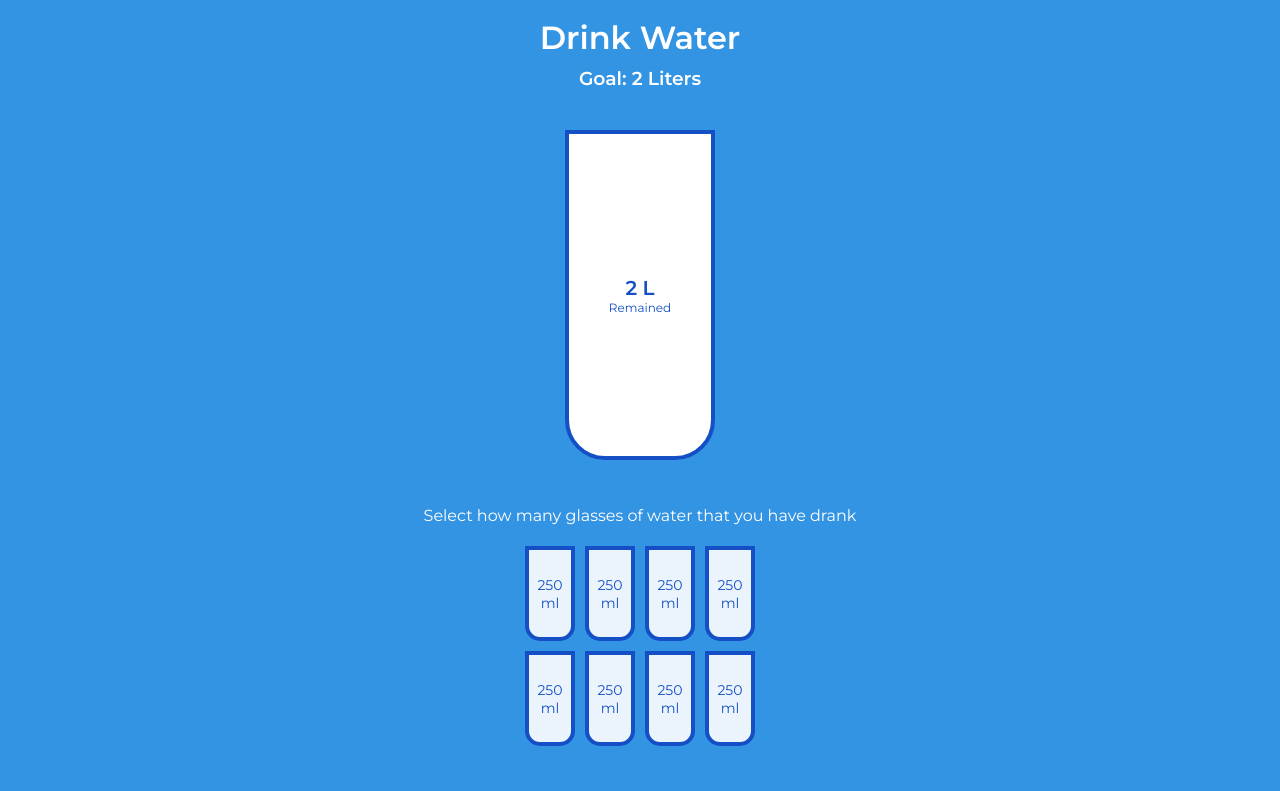
Repository: eagle-tex/50-projects-BT
Page: 16-drink-water/index.html
These files come from the project's save history. The page is drawn as it stood at one moment and after the next save; the edit follows.
The browser window is 1280 px wide. The pictures show the whole page.
After loading, the first visible `div.cup-small` was clicked once.

Above is the page before, as saved 2021-01-12 00:40:00.

### 16-drink-water/index.html
<!DOCTYPE html>
<html lang="en">

<head>
  <meta charset="UTF-8" />
  <meta name="viewport" content="width=device-width, initial-scale=1.0" />
  <link rel="stylesheet" href="style.css" />
  <title>Drink Water</title>
</head>

<body>
  <h1>Drink Water</h1>
  <h3>Goal: 2 Liters</h3>

  <div class="cup">
    <div class="remained" id="remained">
      <span id="liters"></span>
      <small>Remained</small>
    </div>

    <div class="percentage" id="percentage">
    </div>
  </div>

  <p id="text">Select how many glasses of water that you have drank</p>

  <div class="cups">
    <div class="cup cup-small">250 ml</div>
    <div class="cup cup-small">250 ml</div>
    <div class="cup cup-small">250 ml</div>
    <div class="cup cup-small">250 ml</div>
    <div class="cup cup-small">250 ml</div>
    <div class="cup cup-small">250 ml</div>
    <div class="cup cup-small">250 ml</div>
    <div class="cup cup-small">250 ml</div>
  </div>

  <script src="script.js"></script>
</body>

</html>

### 16-drink-water/style.css
@import url('https://fonts.googleapis.com/css?family=Montserrat:wght@400;600&display=swap');

:root {
  --border-color: #144fc6;
  --fill-color: #6ab3f8;
}
* {
  box-sizing: border-box;
}

body {
  background-color: #3494e4;
  color: #fff;
  font-family: 'Montserrat', sans-serif;
  display: flex;
  flex-direction: column;
  align-items: center;
  justify-content: center;
  margin-bottom: 40px;
}

h1 {
  margin: 10px 0 0;
}

h3 {
  font: weight 400;
  margin: 10px 0;
}

.cup {
  background-color: #fff;
  border: 4px solid var(--border-color);
  color: var(--border-color);
  border-radius: 0 0 40px 40px;
  -webkit-border-radius: 0 0 40px 40px;
  -moz-border-radius: 0 0 40px 40px;
  -ms-border-radius: 0 0 40px 40px;
  -o-border-radius: 0 0 40px 40px;
  height: 330px;
  width: 150px;
  margin: 30px 0;
  display: flex;
  flex-direction: column;
  overflow: hidden;
}

.cup.cup-small {
  height: 95px;
  width: 50px;
  border-radius: 0 0 15px 15px;
  -webkit-border-radius: 0 0 15px 15px;
  -moz-border-radius: 0 0 15px 15px;
  -ms-border-radius: 0 0 15px 15px;
  -o-border-radius: 0 0 15px 15px;
  background-color: rgba(255, 255, 255, 0.9);
  cursor: pointer;
  font-size: 14px;
  align-items: center;
  justify-content: center;
  text-align: center;
  margin: 5px;
  transition: 0.3s ease;
  -webkit-transition: 0.3s ease;
  -moz-transition: 0.3s ease;
  -ms-transition: 0.3s ease;
  -o-transition: 0.3s ease;
}

.cup.cup-small.full {
  background-color: var(--fill-color);
  color: #fff;
}

.cups {
  display: flex;
  flex-wrap: wrap;
  align-items: center;
  justify-content: center;
  width: 280px;
}

.remained {
  display: flex;
  flex-direction: column;
  align-items: center;
  justify-content: center;
  text-align: center;
  flex: 1;
  transition: 0.5s ease;
  -webkit-transition: 0.5s ease;
  -moz-transition: 0.5s ease;
  -ms-transition: 0.5s ease;
  -o-transition: 0.5s ease;
}

.remained span {
  font-size: 20px;
  font-weight: bold;
}

.remained small {
  font-size: 12px;
}

.percentage {
  background-color: var(--fill-color);
  display: flex;
  align-items: center;
  justify-content: center;
  font-weight: bold;
  font-size: 30px;
  height: 0;
  transition: 0.5s ease;
  -webkit-transition: 0.5s ease;
  -moz-transition: 0.5s ease;
  -ms-transition: 0.5s ease;
  -o-transition: 0.5s ease;
}

.text {
  text-align: center;
  margin: 0 0 5px;
}

### 16-drink-water/script.js
const smallCups = document.querySelectorAll('.cup-small');
const liters = document.getElementById('liters');
const percentage = document.getElementById('percentage');
const remained = document.getElementById('remained');

function updateBigCup() {
  const fullCups = document.querySelectorAll('.cup-small.full').length;
  const totalCups = smallCups.length;

  if (fullCups === 0) {
    percentage.style.visibility = 'hidden';
    percentage.style.height = 0;
  } else {
    percentage.style.visibility = 'visible';
    percentage.style.height = `${(fullCups / totalCups) * 330}px`;
    percentage.innerText = `${(fullCups / totalCups) * 100}%`;
  }

  if (fullCups === totalCups) {
    remained.style.visibility = 'hidden';
    remained.style.height = 0;
  } else {
    remained.style.visibility = 'visible';
    liters.innerText = `${2 - (250 * fullCups) / 1000} L`;
  }
}

updateBigCup();

function highlightCups(idx) {
  // if (
  //   smallCups[idx].classList.contains('full') &&
  //   !smallCups[idx].nextElementSibling.classList.contains('full')
  // ) {

  const maxIndex = smallCups.length - 1;
  let index = null;

  if (idx < maxIndex) {
    if (
      smallCups[idx].classList.contains('full') &&
      !smallCups[idx < maxIndex ? idx + 1 : idx].classList.contains('full')
    ) {
      // eslint-disable-next-line no-param-reassign
      // idx -= 1;
      index = idx - 1;
    }
  } else
    smallCups.forEach((cup, idx2) => {
      if (idx2 <= index) {
        cup.classList.add('full');
      } else {
        cup.classList.remove('full');
      }
    });

  updateBigCup();
}

smallCups.forEach((cup, idx) => {
  cup.addEventListener('click', () => highlightCups(idx));
});

After the next save:
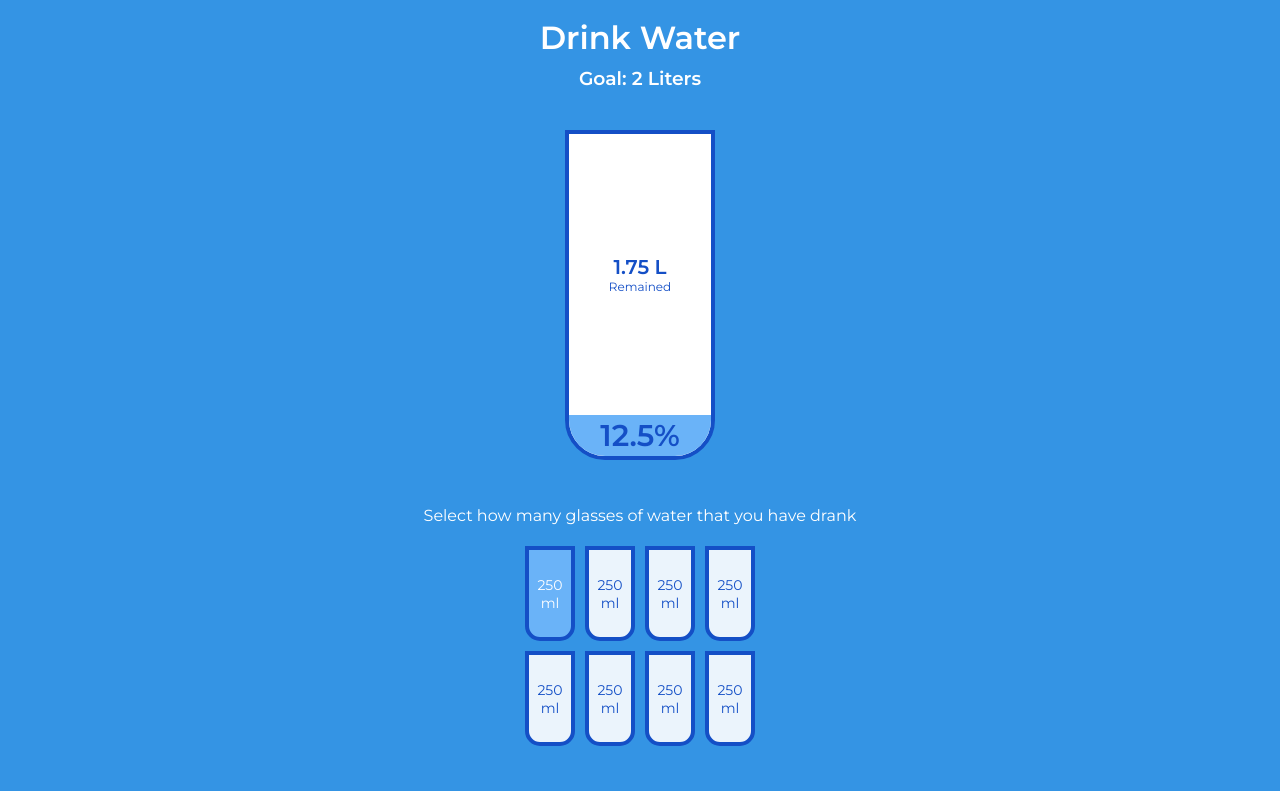
Saved 59 s later.
--- a/16-drink-water/script.js
+++ b/16-drink-water/script.js
@@ -45,14 +45,15 @@ function highlightCups(idx) {
       // idx -= 1;
       index = idx - 1;
     }
-  } else
-    smallCups.forEach((cup, idx2) => {
-      if (idx2 <= index) {
-        cup.classList.add('full');
-      } else {
-        cup.classList.remove('full');
-      }
-    });
+  } else {
+  }
+  smallCups.forEach((cup, idx2) => {
+    if (idx2 <= index) {
+      cup.classList.add('full');
+    } else {
+      cup.classList.remove('full');
+    }
+  });
 
   updateBigCup();
 }
